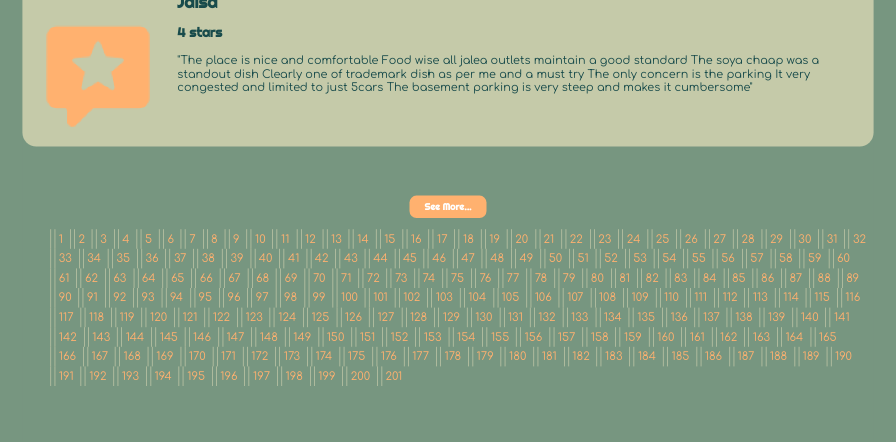
Repository: shaelorch/spillit
Page: /findASpot
An editor plug-in stored every save of this project. The page is shown before and after the next save, followed by the edit.
The browser window is 1280 px wide. The pictures show the part of the page from y = 2798 to 4718 px (the page is 3430 px tall before and 6269 px after), at 70% of full size.
The project was rebuilt for these pictures with package versions that can differ from the ones it lists, and the page was loaded fresh each time. The framework's server and built-in components were replaced by stand-ins that run in the browser. Also part of the build but not shown: next.config.js, components/HeroCont.js, components/Button.js, components/Header.js, components/popMenu.js.

Above is the page before, as saved 2023-02-20 14:53:04.

### pages/findASpot.js
import Head from 'next/head'
import Image from 'next/image'
import HeroCont from '../components/HeroCont'
import styles from '../styles/Home.module.css'
import Button from '../components/Button'
import SubButton from '../components/SubButton'
import RevCard from '../components/reviewCard'
import Header from '../components/Header'
import TopBar from '../components/topBAr'
import reviews from '../data/reviews.json'
import { useEffect, useState } from 'react'
import react from 'react';
import Pagnation from '../components/Pagnation'



export default function Home() {
  const [data, setData] = useState([]);
  const [currentPage, setCurrentPage] = useState(1);
  const [postsPerPage, setPostsPerPage] = useState(10);

 useEffect(() => {
  setData(reviews);

 })

 function handleClick() {

 }

 const indexOfLastPost = currentPage * postsPerPage;
 const indexOfFirstPost = indexOfLastPost - postsPerPage;
 const currentPosts = reviews.slice(indexOfFirstPost, indexOfLastPost);


  return (
    <div className={styles.container}>
      <Head>
        <title>Create Next App</title>
        <meta name="description" content="Generated by create next app" />
        <link rel="icon" href="/favicon.ico" />

      </Head>

     <TopBar/>

      <main className={styles.main}>
       <div style={{display:'flex', flexDirection:'column', alignItems:'center', width:"100%" }}>
        {
         data &&
          currentPosts.map( (rev, index) => {
            return (
              <RevCard
              key={index}
              name={rev.name}
              rating={`${rev.rating} stars`}
              review={`"${rev.review}"`}></RevCard>
            )
            })

        }
        <SubButton bttntxt='See More...' func={handleClick} />


        <div style={{width:'100%',height:'100%', display:'flex', justifyContent:'center', flexWrap:'wrap'}}>
          <Pagnation postsPerPage={postsPerPage} totalPosts={reviews.length} />

        </div>


        </div>

      </main>


    </div>
  )
}

### styles/globals.css

@import url('https://fonts.googleapis.com/css2?family=Righteous&display=swap');
@import url('https://fonts.googleapis.com/css2?family=Comfortaa&family=Righteous&display=swap');



html,
body {
  padding: 0;
  margin: 0;
  font-family: -apple-system, BlinkMacSystemFont, Segoe UI, Roboto, Oxygen,
    Ubuntu, Cantarell, Fira Sans, Droid Sans, Helvetica Neue, sans-serif;
}

a {
  color: inherit;
  text-decoration: none;
}

* {
  box-sizing: border-box;
}

@media (prefers-color-scheme: dark) {
  html {
    color-scheme: dark;
  }
  body {
    color: white;
    background: black;
  }
}

### styles/Home.module.css
.container {
  padding: 0 2rem;
  background-color: #779680;
  width:100%;

}

.rotate {

  width:358;
  height:195;
  margin-top:-160;
  margin-Left:-40;
  animation:rotation 2s infinite linear;
}

.pag {
  list-style-type: none;
  border-left:1px solid #C5CAA9;
  color:#FFB16F;
  padding:5px;

}

.pagbar {
  display: flex;
  flex-direction: row;
  flex-wrap: wrap;

}

.main {
  min-height: 100vh;
  padding: 4rem 0;
  flex: 1;
  width:100%;
  background-color: #779680;
  display: flex;
  flex-direction: column;
  justify-content: center;
  align-items: center;
  font-family: 'Comfortaa', 'cursive';
}

.footer {
  display: flex;
  flex: 1;
  padding: 2rem 0;
  border-top: 1px solid #eaeaea;
  justify-content: center;
  align-items: center;
}

.footer a {
  display: flex;
  justify-content: center;
  align-items: center;
  flex-grow: 1;
}

.title a {
  color: #0070f3;
  text-decoration: none;
}

.title a:hover,
.title a:focus,
.title a:active {
  text-decoration: underline;
}

.title {
  margin: 0;
  line-height: 1.15;
  font-size: 4rem;
}

.title,
.description {
  text-align: center;
}

.description {
  margin: 4rem 0;
  line-height: 1.5;
  font-size: 1.5rem;
}

.code {
  background: #fafafa;
  border-radius: 5px;
  padding: 0.75rem;
  font-size: 1.1rem;
  font-family: Menlo, Monaco, Lucida Console, Liberation Mono, DejaVu Sans Mono,
    Bitstream Vera Sans Mono, Courier New, monospace;
}

.grid {
  display: flex;
  align-items: center;
  justify-content: center;
  flex-wrap: wrap;
  max-width: 800px;
}

.card {
  margin: 1rem;
  padding: 1.5rem;
  text-align: left;
  color: inherit;
  text-decoration: none;
  border: 1px solid #eaeaea;
  border-radius: 10px;
  transition: color 0.15s ease, border-color 0.15s ease;
  max-width: 300px;
}

.card:hover,
.card:focus,
.card:active {
  color: #0070f3;
  border-color: #0070f3;
}

.card h2 {
  margin: 0 0 1rem 0;
  font-size: 1.5rem;
}

.card p {
  margin: 0;
  font-size: 1.25rem;
  line-height: 1.5;
}

.logo {
  height: 1em;
  margin-left: 0.5rem;
}

@media (max-width: 600px) {
  .grid {
    width: 100%;
    flex-direction: column;
  }
}

@media (max-width: 414px) {
  .main {
    width:100%;


  }
}

@media (prefers-color-scheme: dark) {
  .card,
  .footer {
    border-color: #222;
  }
  .code {
    background: #111;
  }
  .logo img {
    filter: invert(1);
  }
}

### components/SubButton.js
import React from "react"

export default function SubButton({
    bttntxt="find your spot",
    func='function'

}) {

    return(
        <div style={{paddingTop:30}}>
             <button onClick={func}
             style={{display:'flex',
         backgroundColor:'#FFB16F',
          borderRadius:10, width:110,
           justifyContent:'center'
           , padding:8, alignContent:'center',
            color:'white', fontWeight:'bold',
            border:'transparent',
            fontFamily: 'Righteous, cursive'}}>{bttntxt}</button>
        </div>

    )
}

### components/reviewCard.js



export default function RevCard({
    name="restaurnt",
    rating="4.0",
    review="lalalala"
}) {

    return (<div style={{justifyContent:'center',display:'flex', backgroundColor:'#C5CAA9',  borderRadius:20, marginBottom:40, paddingRight:20, paddingBottom:8}}>

        <div style={{display:'flex', flexDirection:'row', height:'100%', padding:10}}>
            <img  style={{display:'flex', width:'15%', height:"15%", marginTop:"4%", marginLeft:10}} src="Popular.png"/>
            <div style={{lineHeight:1.2,paddingLeft:25, color:'#184B4B'}}>
                <h2 style={{fontFamily:'righteous, cursive'}}>{name}</h2>
                <h3 style={{fontFamily:'righteous, cursive'}}>{rating}</h3>
                <p>{review}</p>
            </div>
        </div>



    </div>

    )
}

### components/topBAr.js
import Link from "next/link"
import { useState } from "react"
import { GrClose } from 'react-icons/gr'
import PopMenu from "./popMenu";

export default function TopBar() {

    const [open, setOpen] = useState(false);

   const onClick = () => {
    setOpen (current => !current)
   };

    return (
        <><div style={{ display: 'flex', flexDirection: 'row', justifyContent: 'space-between', alignItems: 'center', backgroundColor: '#779680' }}>
            <Link href='/'>
                <h2 style={{ color: '#C5CAA9', fontFamily: 'righteous, cursive' }}>spill it</h2>
            </Link>
            <img
                onClick={onClick} style={{ height: 50, width: 50 }} src="menu.png" />
            {open ? <PopMenu/> : null}

        </div></>

            )
        }

### components/Pagnation.js
import React from "react";
import styles from '../styles/Home.module.css'

export default function Pagnation({ postsPerPage, totalPosts}){
    const pageNumbers = [];

    for(let i = 1; i<= Math.ceil(totalPosts / postsPerPage); i++) {
        pageNumbers.push(i);
    }

    return (
        <nav >
            <ul className={styles.pagbar}>
                {pageNumbers.map(number => (
                    <li key={number} className={styles.pag}>
                        <a href="!#" className={styles.pag}>
                            {number}
                        </a>
                    </li>
                ))}
            </ul>
        </nav>
    )
}

Loaded but not shown: pages/_app.js (common file); data/reviews.json (10022 lines, source omitted)

After the next save:
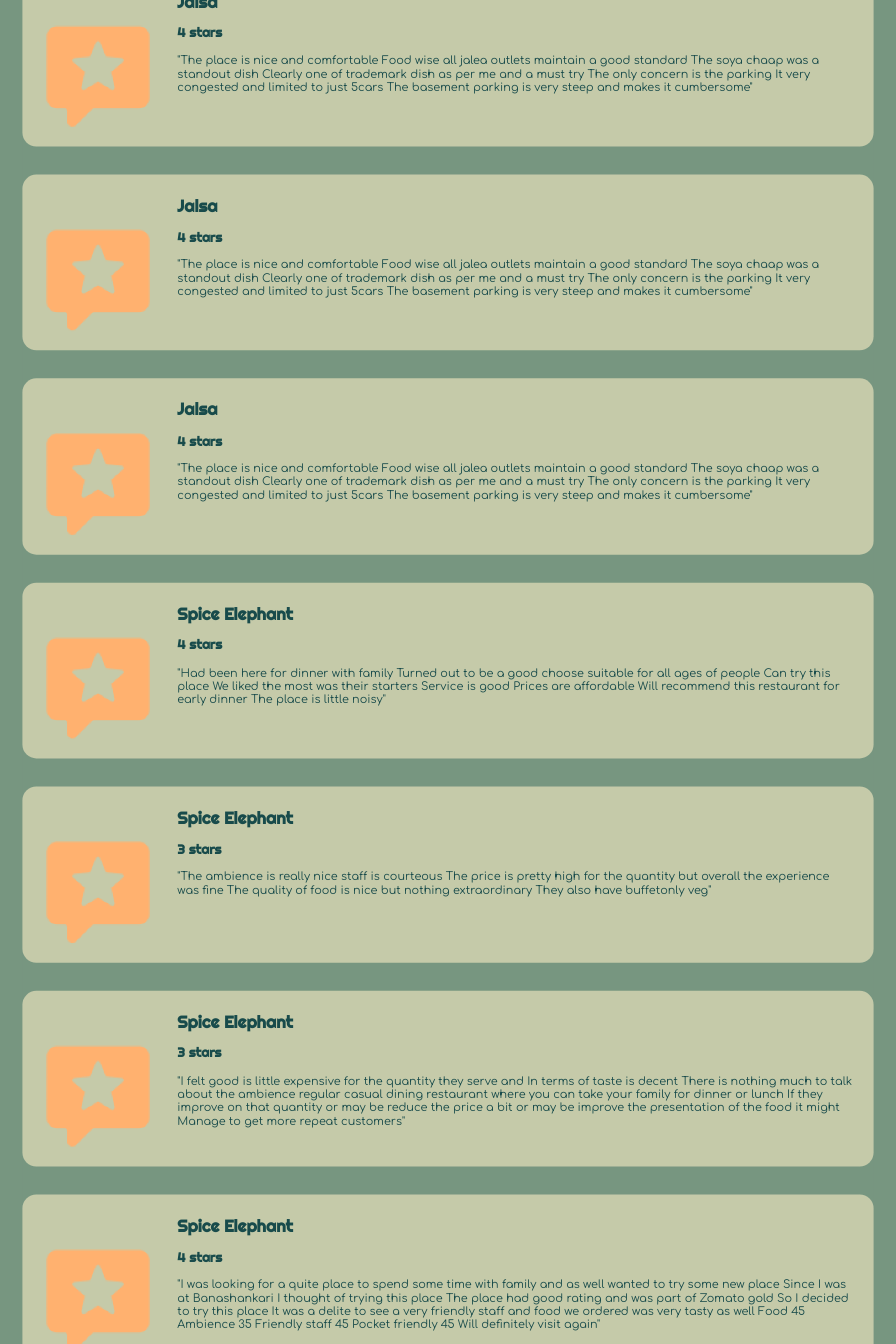
Saved 50 s later.
--- a/pages/findASpot.js
+++ b/pages/findASpot.js
@@ -17,7 +17,7 @@ import Pagnation from '../components/Pagnation'
 export default function Home() {
   const [data, setData] = useState([]);
   const [currentPage, setCurrentPage] = useState(1);
-  const [postsPerPage, setPostsPerPage] = useState(10);
+  const [postsPerPage, setPostsPerPage] = useState(20);
 
  useEffect(() => {
   setData(reviews);
